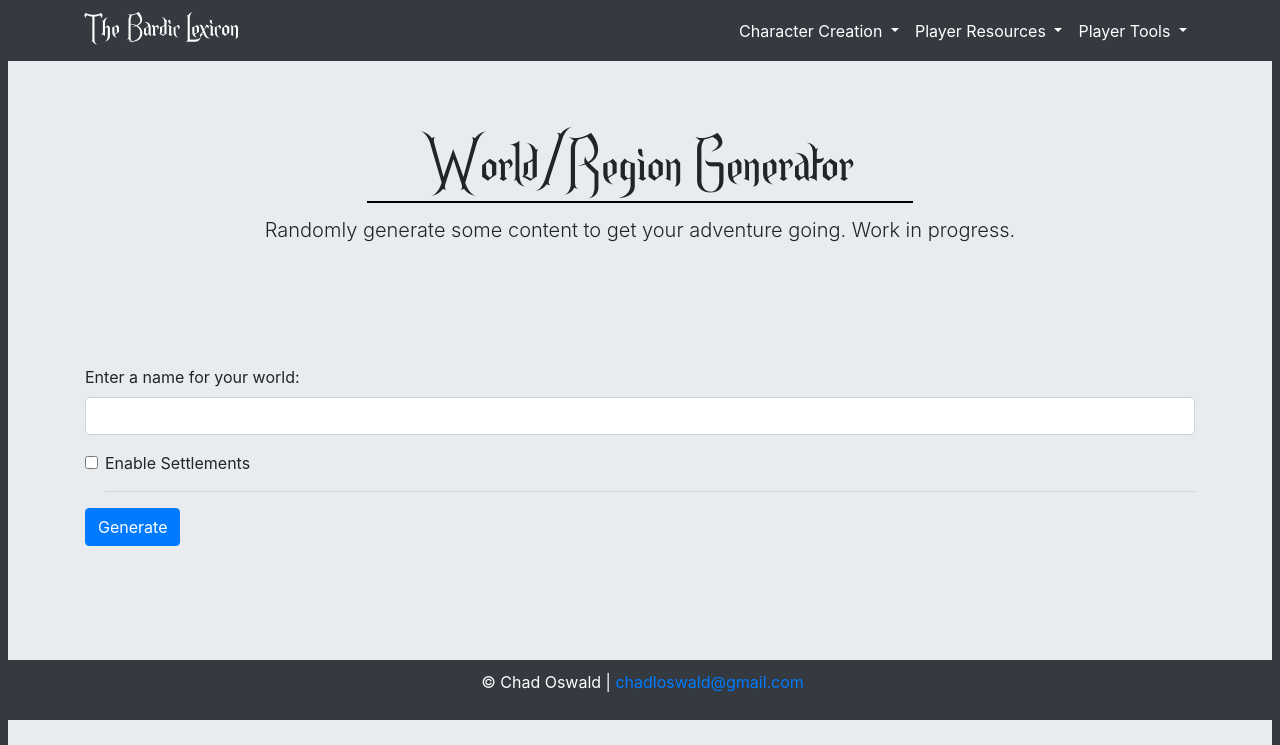
Repository: ChaidGPT/TheBardicLexicon
Page: playerTools/worldGenerator.html
These files come from the project's save history. The page is drawn as it stood at one moment and after the next save; the edit follows.
The browser window is 1280 px wide. The pictures show the whole page.

Above is the page before, as saved 2024-02-06 18:46:59.

After the next save:
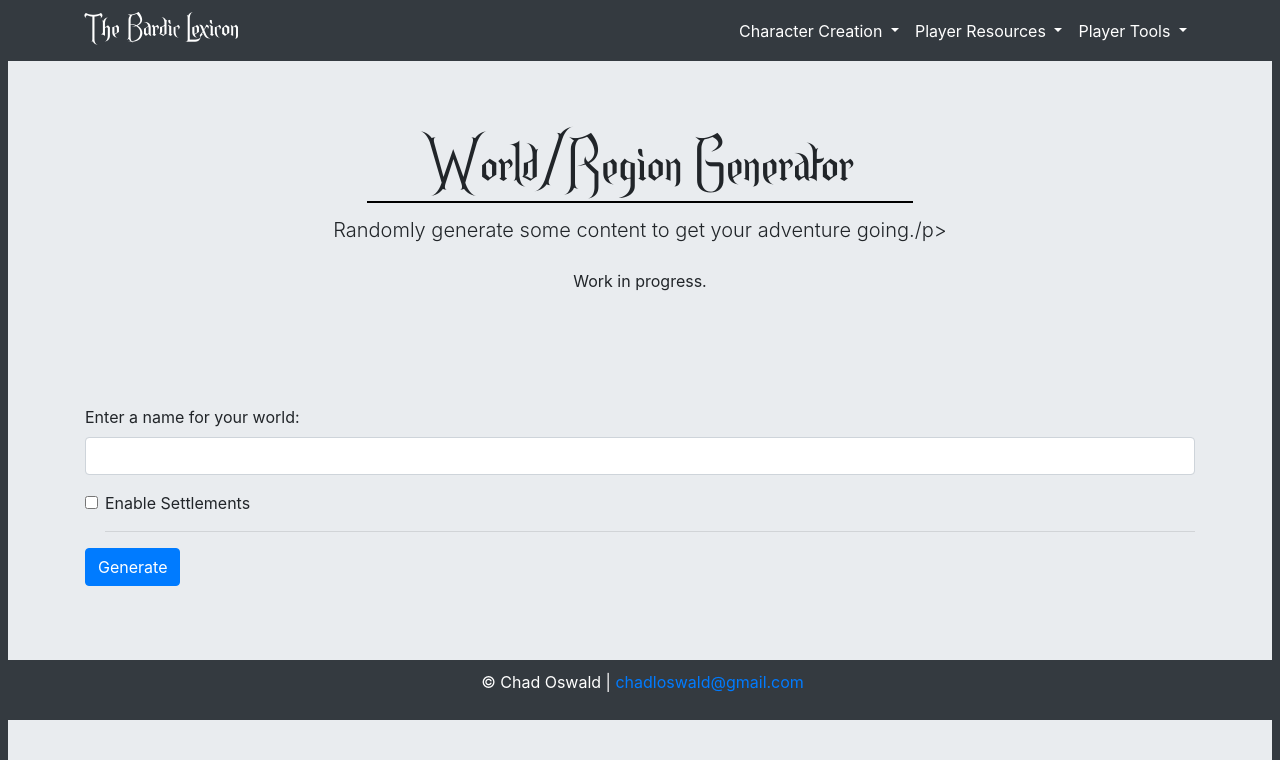
Saved 23 s later.
--- a/playerTools/worldGenerator.html
+++ b/playerTools/worldGenerator.html
@@ -76,7 +76,8 @@
       </h1>
       <div>
         <div class="horizontal-line"></div>
-        <p class="lead mb-4">Randomly generate some content to get your adventure going. Work in progress.</p>
+        <p class="lead mb-4">Randomly generate some content to get your adventure going./p>
+        <p>Work in progress.</p>
       </div>
     </div>
 
